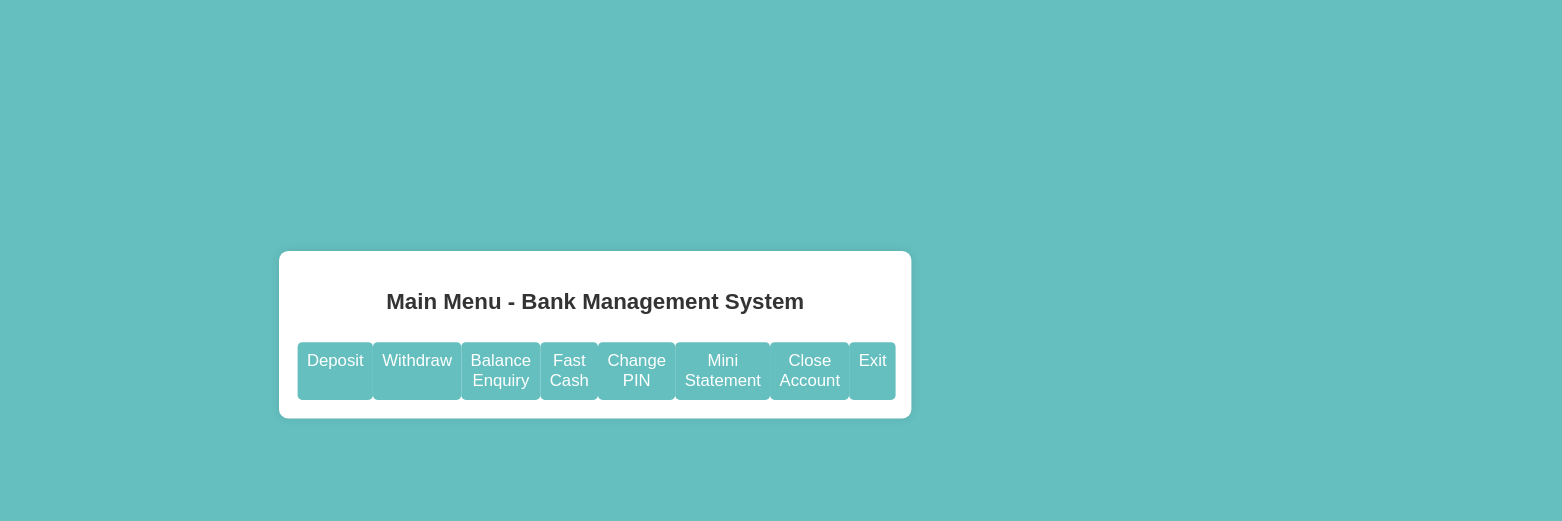
Repository: gauravraj08/bankingSystemJspServlet
Page: http://localhost/BankMangementSystem/main_class.jsp
An editor plug-in stored every save of this project. The page is shown before and after the next save, followed by the edit.
The browser window is 1280 px wide. The page is 1280 px wide, then 1680 px, then 1280 px, so the pictures cover 1680 px, including what lies to the right of the window. The pictures show the whole page, at 93% of full size.
The page is served by Tomcat 9.

Above is the page before, as saved 2024-04-19 06:14:04.

After the next save:
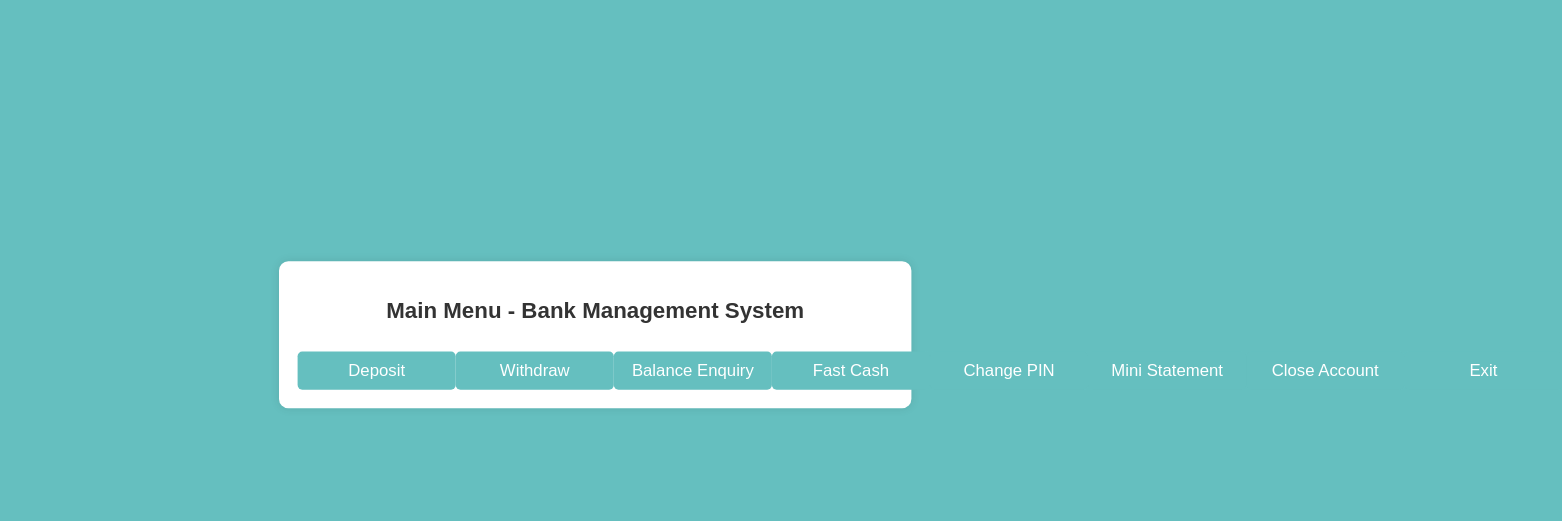
Saved 2 min 42 s later.
--- a/BankMangementSystem/src/main/webapp/main_class.jsp
+++ b/BankMangementSystem/src/main/webapp/main_class.jsp
@@ -32,8 +32,13 @@
 
         .button-container {
             display: flex;
-            justify-content: space-between; /* Aligns buttons to left and right */
+            justify-content: space-between;
             margin-top: 30px;
+        }
+
+        .left-buttons,
+        .right-buttons {
+            display: flex;
         }
 
         .button {
@@ -59,14 +64,18 @@
     <div class="container">
         <h2>Main Menu - Bank Management System</h2>
         <div class="button-container">
-            <a href="DepositServlet" class="button">Deposit</a>
-            <a href="WithdrawServlet" class="button">Withdraw</a>
-            <a href="BalanceEnquiryServlet" class="button">Balance Enquiry</a>
-            <a href="FastCashServlet" class="button">Fast Cash</a>
-            <a href="ChangePinServlet" class="button">Change PIN</a>
-            <a href="MiniStatementServlet" class="button">Mini Statement</a>
-            <a href="CloseAccountServlet" class="button">Close Account</a>
-            <a href="#" class="button">Exit</a>
+            <div class="left-buttons">
+                <a href="DepositServlet" class="button">Deposit</a>
+                <a href="WithdrawServlet" class="button">Withdraw</a>
+                <a href="BalanceEnquiryServlet" class="button">Balance Enquiry</a>
+                <a href="FastCashServlet" class="button">Fast Cash</a>
+            </div>
+            <div class="right-buttons">
+                <a href="ChangePinServlet" class="button">Change PIN</a>
+                <a href="MiniStatementServlet" class="button">Mini Statement</a>
+                <a href="CloseAccountServlet" class="button">Close Account</a>
+                <a href="#" class="button">Exit</a>
+            </div>
         </div>
     </div>
 </body>

After the save that followed:
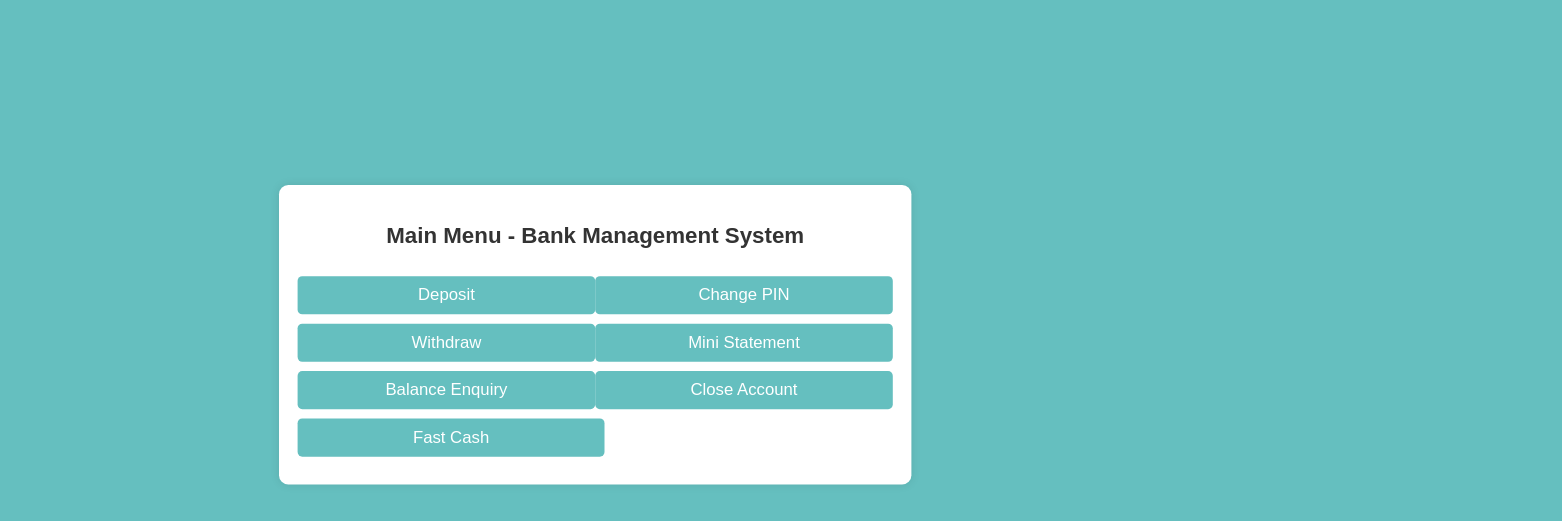
Saved 2 min 25 s later.
--- a/BankMangementSystem/src/main/webapp/main_class.jsp
+++ b/BankMangementSystem/src/main/webapp/main_class.jsp
@@ -32,17 +32,19 @@
 
         .button-container {
             display: flex;
-            justify-content: space-between;
-            margin-top: 30px;
+            flex-direction: column;
+            align-items: center;
         }
 
-        .left-buttons,
-        .right-buttons {
+        .button-row {
             display: flex;
+            justify-content: space-between;
+            width: 100%;
+            margin-bottom: 10px;
         }
 
         .button {
-            width: 150px;
+            width: calc(50% - 10px);
             padding: 10px;
             border: none;
             border-radius: 5px;
@@ -64,19 +66,17 @@
     <div class="container">
         <h2>Main Menu - Bank Management System</h2>
         <div class="button-container">
-            <div class="left-buttons">
+            <div class="button-row">
                 <a href="DepositServlet" class="button">Deposit</a>
+                <a href="ChangePinServlet" class="button">Change PIN</a>
+            </div>
+            <div class="button-row">
                 <a href="WithdrawServlet" class="button">Withdraw</a>
+                <a href="MiniStatementServlet" class="button">Mini Statement</a>
+            </div>
+            <div class="button-row">
                 <a href="BalanceEnquiryServlet" class="button">Balance Enquiry</a>
+                <a href="CloseAccountServlet" class="button">Close Account</a>
+            </div>
+            <div class="button-row">
                 <a href="FastCashServlet" class="button">Fast Cash</a>
-            </div>
-            <div class="right-buttons">
-                <a href="ChangePinServlet" class="button">Change PIN</a>
-                <a href="MiniStatementServlet" class="button">Mini Statement</a>
-                <a href="CloseAccountServlet" class="button">Close Account</a>
-                <a href="#" class="button">Exit</a>
-            </div>
-        </div>
-    </div>
-</body>
-</html>
